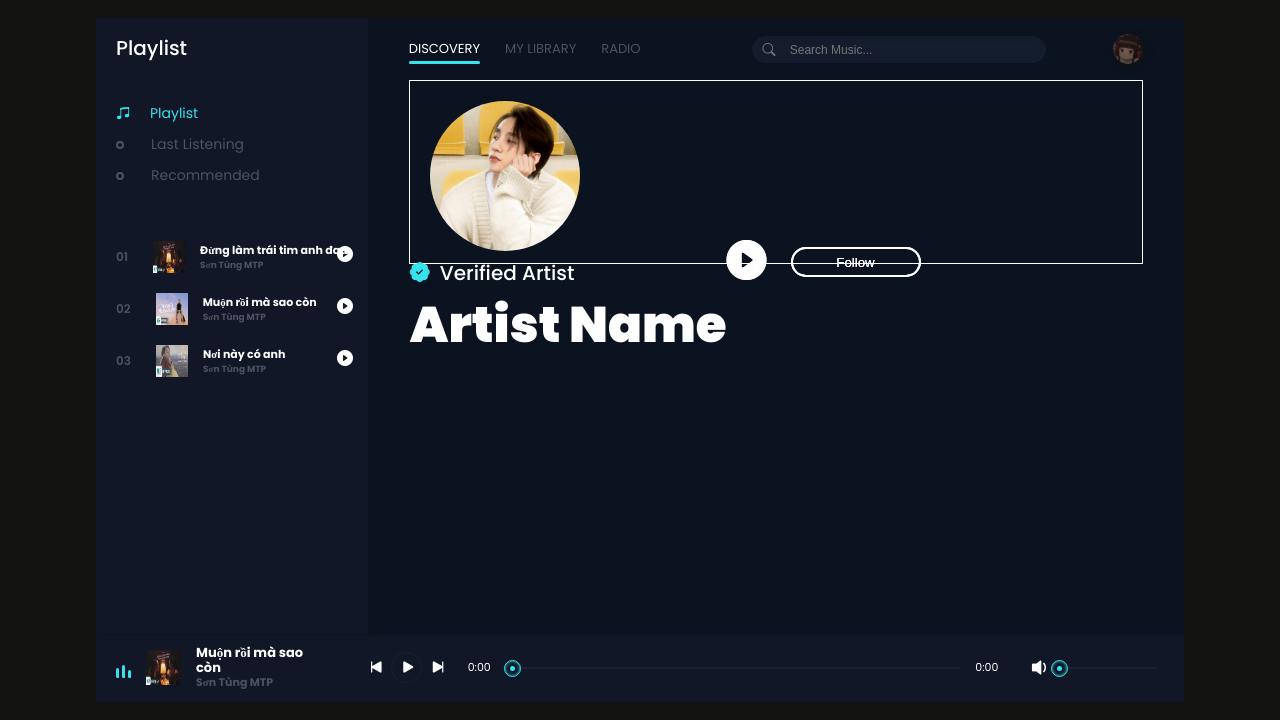
Repository: reminzuetto/Music-Website
Page: index.html
The author's editor kept a copy of each file at every save. The page is drawn from the files as they stood at one save, then again after the next save.
The browser window is 1280 px wide. The pictures show the whole page.

Above is the page before, as saved 2024-06-11 13:05:39.

After the next save:
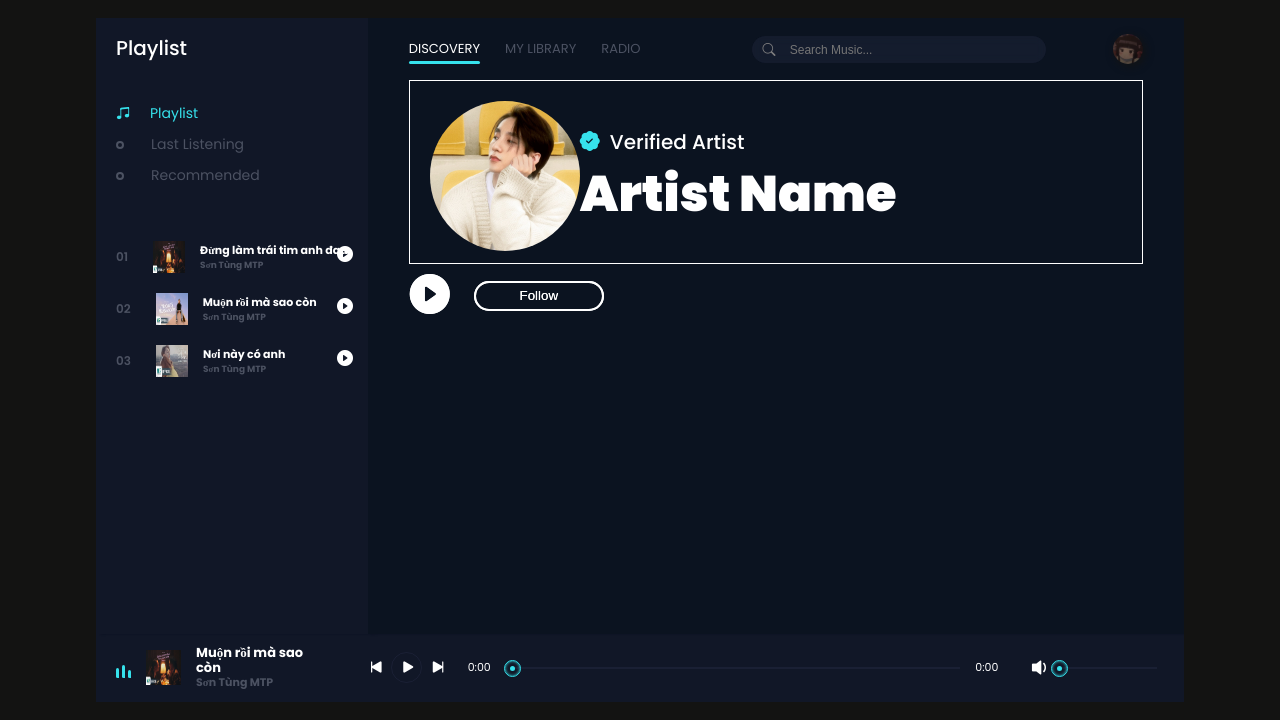
Saved 24 s later.
--- a/style.css
+++ b/style.css
@@ -475,7 +475,7 @@
   padding-left: 20px;
 }
 
-header .song_side .content .artist_header {
+header .song_side .content .artist_header .header_uppder {
   display: flex;
   align-items: center;
   justify-content: flex-start;
